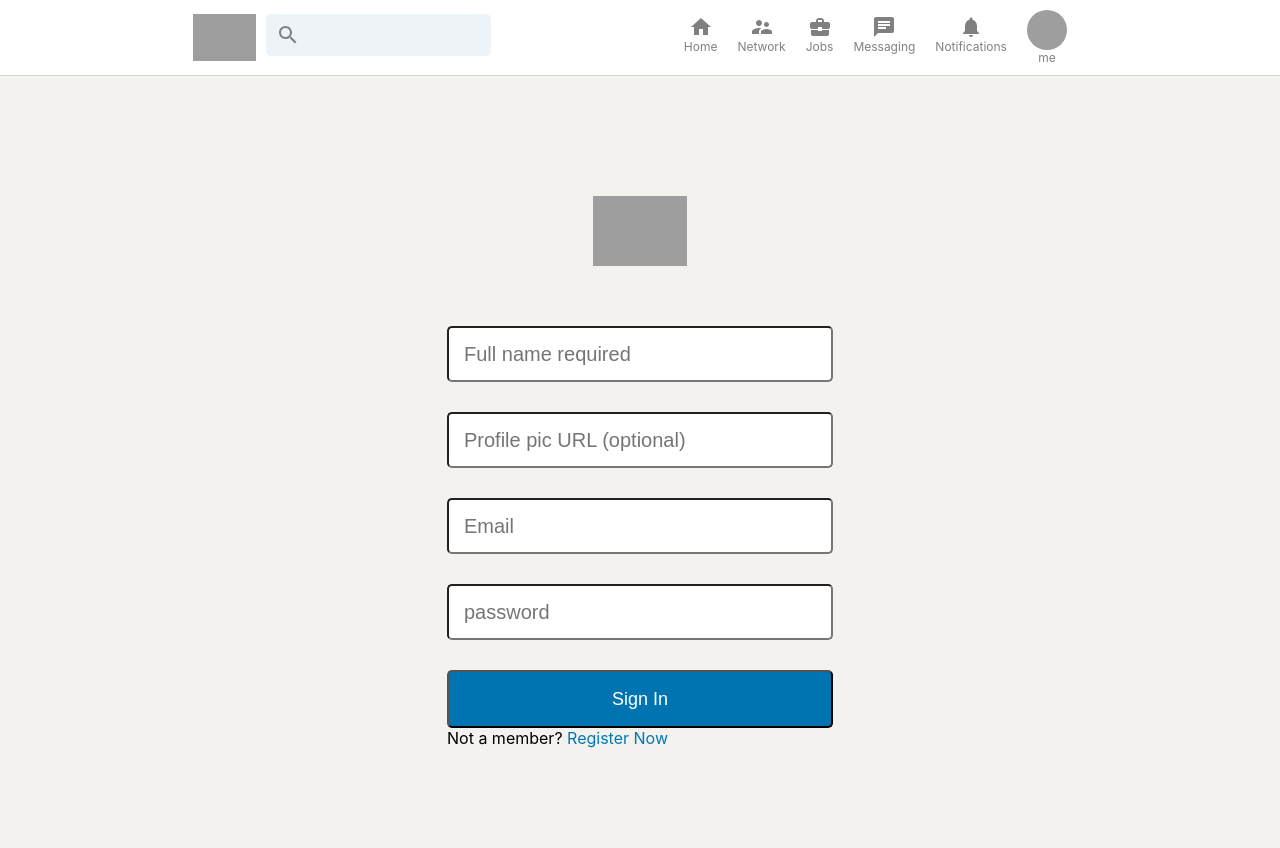
Repository: Tracy-maker/linkedin_clone
Page: /
The author's editor kept a copy of each file at every save. The page is drawn from the files as they stood at one save, then again after the next save.
The browser window is 1280 px wide. The pictures show the whole page.
Pictures or frames that could not be fetched are drawn as grey boxes. The project was rebuilt for these pictures with package versions that can differ from the ones it lists, and the page was loaded fresh each time. Also part of the build but not shown: src/components/Sidebar/Sidebar.jsx, src/firebase.js, src/components/InputOption/InputOption.jsx, src/components/Post/Post.jsx, src/components/Post/index.jsx, src/components/Feed/Feed.jsx.

Above is the page before, as saved 2023-11-07 21:57:45.

After the next save:
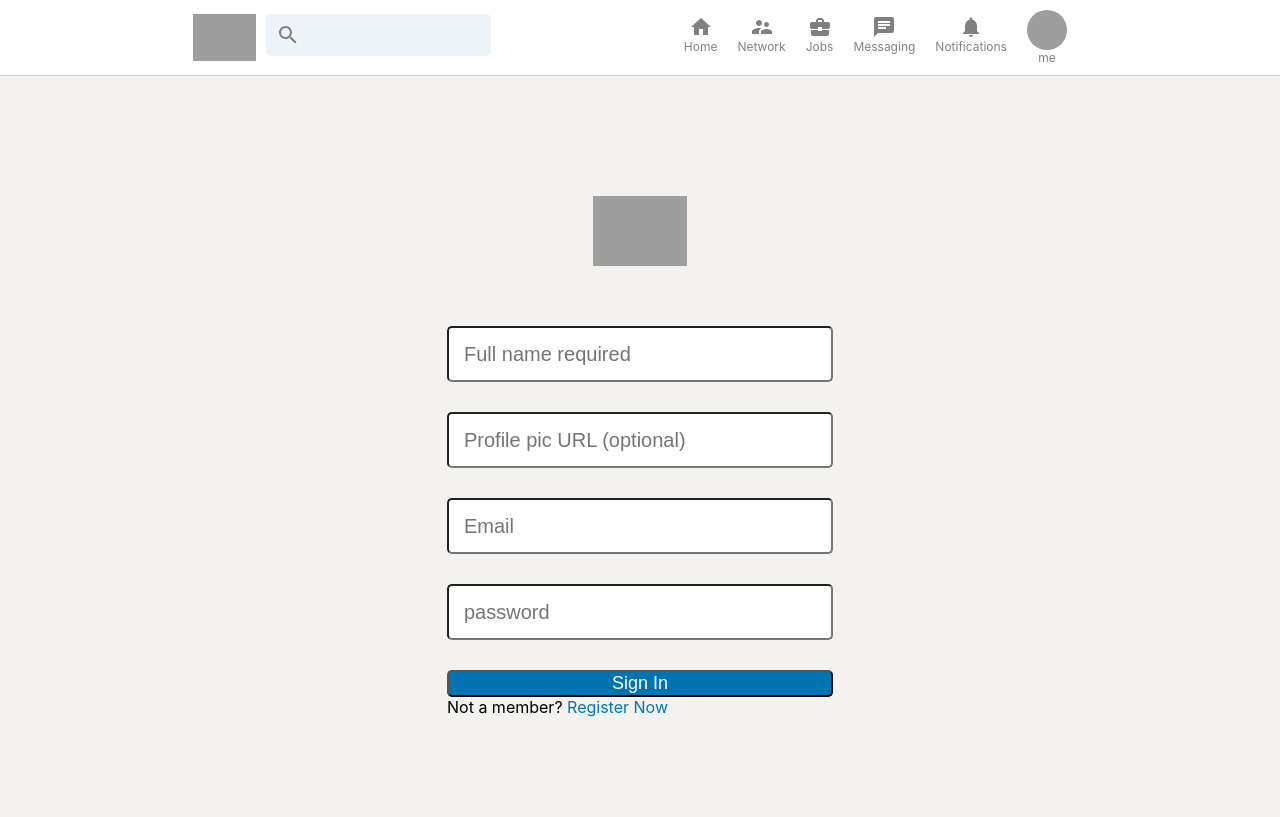
Saved 58 s later.
--- a/src/components/Login/Login.jsx
+++ b/src/components/Login/Login.jsx
@@ -33,7 +33,7 @@ const Input = styled.input`
 `;
 
 const SignInButton = styled.button`
-  height: 58px;
+  height: 100%;
   font-size: large;
   color: #ffffff;
   background: #0074b1;
